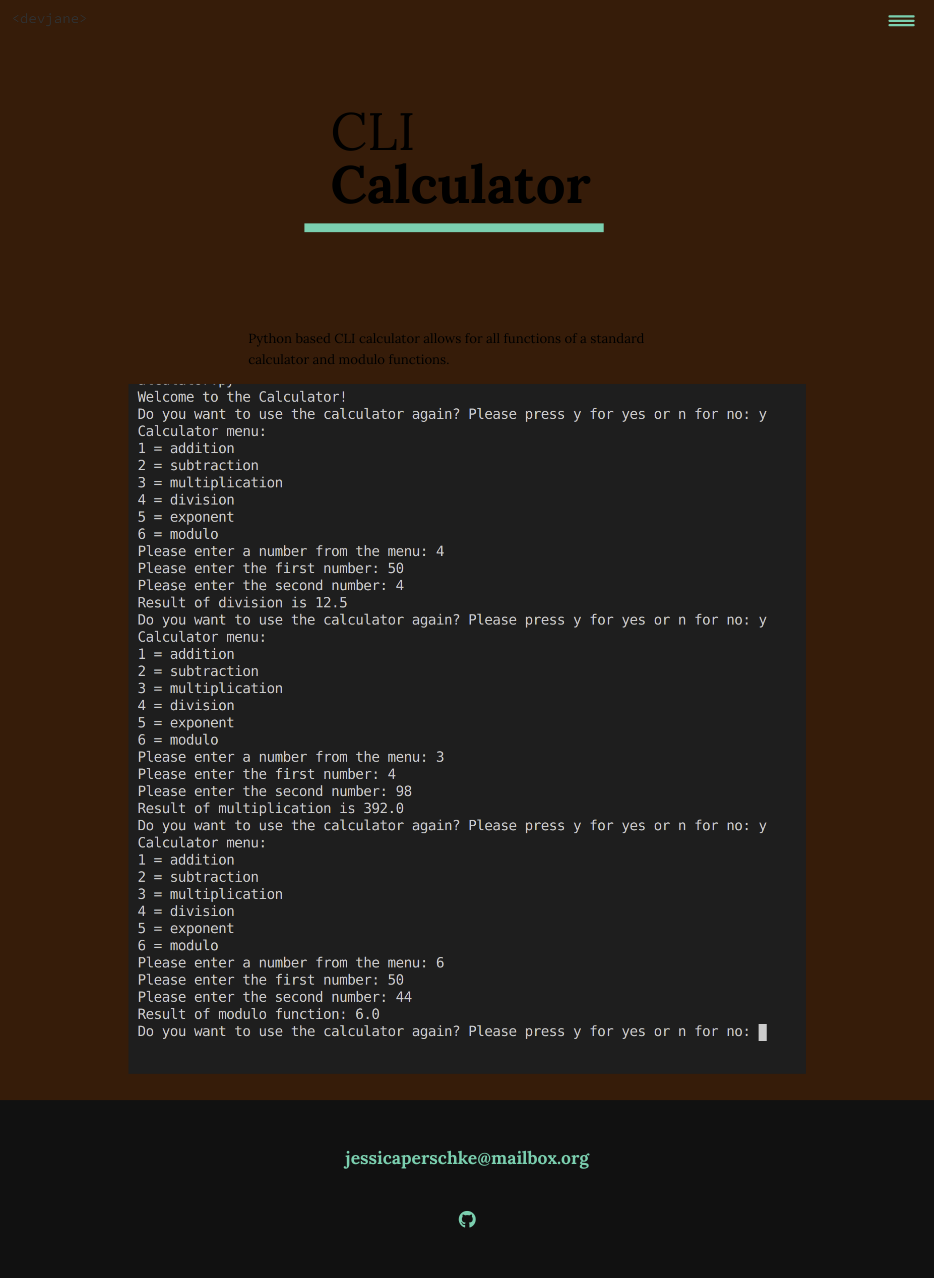
Repository: DinoDime/site
Page: portfolio-item3.html
These files come from the project's save history. The page is drawn as it stood at one moment and after the next save; the edit follows.
The browser window is 1280 px wide. The pictures show the whole page, at 73% of full size.
Some web libraries are served in a nearby version.

Above is the page before, as saved 2021-05-03 10:48:12.

### portfolio-item3.html
<!DOCTYPE html>
<html lang="en">
  <head>
    <link
      rel="stylesheet"
      href="https://cdnjs.cloudflare.com/ajax/libs/normalize/8.0.1/normalize.css"
    />
    <meta charset="UTF-8" />
    <meta name="viewport" content="width=device-width, initial-scale=1.0" />
    <title>Jess' Portfolio</title>
    <link
      rel="stylesheet"
      href="https://cdnjs.cloudflare.com/ajax/libs/normalize/7.0.0/normalize.min.css"
    />
    <link
      rel="stylesheet"
      href="https://cdnjs.cloudflare.com/ajax/libs/font-awesome/5.11.2/css/all.css"
      integrity="sha256-46qynGAkLSFpVbEBog43gvNhfrOj+BmwXdxFgVK/Kvc="
      crossorigin="anonymous"
    />

    <!-- Update these with your own fonts -->
    <link
      href="https://fonts.googleapis.com/css?family=Lora:400,700|Roboto+Slab:400,700&display=swap"
      rel="stylesheet"
    />

    <link rel="stylesheet" href="css/style.css" />
  </head>
  <body>
    <header>
      <div class="logo">
        <img src="img/devjane.png" alt="" />
      </div>
      <!--Hamburger button-->
      <button class="nav-toggle" aria-label="toggle navigation">
        <span class="hamburger"></span>
      </button>
      <nav class="nav">
        <ul class="nav__list">
          <li class="nav__item">
            <a href="index.html" class="nav__link">Home</a>
          </li>
          <li class="nav__item">
            <a href="index.html#Skills" class="nav__link">Skills</a>
          </li>
          <li class="nav__item">
            <a href="index.html#about" class="nav__link">About me</a>
          </li>
          <li class="nav__item">
            <a href="index.html#work" class="nav__link">My Work</a>
          </li>
        </ul>
      </nav>
    </header>

    <section class="intro">
      <h1 class="section__title section__title--intro">
        CLI <strong>Calculator</strong>
      </h1>
      <p class="section__subtitle section__subtitle--intro"></p>
    </section>

    <div class="portfolio-item-individual">
      <p>
        Python based CLI calculator allows for all functions of a standard
        calculator and modulo functions.
      </p>
      <img src="img/calc.png" alt="" />
    </div>

    <!-- Footer -->
    <footer class="footer">
      <!-- replace with your own email address -->
      <a href="mailto:jessicaperschke@mailbox.org" class="footer__link"
        >jessicaperschke@mailbox.org</a
      >
      <ul class="social-list">
        <li class="social-list__item">
          <a class="social-list__link" href="https://github.com/jl-perschke">
            <i class="fab fa-github"></i>
          </a>
        </li>
      </ul>
    </footer>

    <script src="js/index.js"></script>
  </body>
</html>

### css/style.css
*,
*::before,
*::after {
  box-sizing: border-box;
}

/* Custom Properties, update these for your own design */

:root {
  --ff-primary: "Lora", serif;
  --ff-secondary: "Roboto Slab", serif;

  --fw-reg: 400;
  --fw-bold: 700;

  --clr-light: rgb(54, 28, 9);
  --clr-dark: black;
  --clr-accent: rgb(123, 207, 175);

  --fs-h1: 3rem;
  --fs-h2: 2.25rem;
  --fs-h3: 1.25rem;
  --fs-body: 1rem;

  --bs: 0.25em 0.25em 0.75em rgba(0, 0, 0, 0.25),
    0.125em 0.125em 0.25em rgba(0, 0, 0, 0.15);
}

@media (min-width: 800px) {
  :root {
    --fs-h1: 4.5rem;
    --fs-h2: 3.75rem;
    --fs-h3: 1.5rem;
    --fs-body: 1.125rem;
  }
}

/* General styles */

/* endable this to add smooth scrolling */
/* html {
    scroll-behavior: smooth;
} */

body {
  background: var(--clr-light);
  color: var(--clr-dark);
  margin: 0;
  font-family: var(--ff-primary);
  font-size: var(--fs-body);
  line-height: 1.6;
}

section {
  padding: 5em 2em;
}

img {
  display: block;
  max-width: 100%;
}

strong {
  font-weight: var(--fw-bold);
}

:focus {
  outline: 3px solid var(--clr-accent);
  outline-offset: 3px;
}

/* Buttons */

.btn {
  display: inline-block;
  padding: 0.5em 2.5em;
  background: var(--clr-accent);
  color: var(--clr-dark);
  text-decoration: none;
  cursor: pointer;
  font-size: 0.8rem;
  text-transform: uppercase;
  letter-spacing: 2px;
  font-weight: var(--fw-bold);
  transition: transform 200ms ease-in-out;
}

.btn:hover {
  transform: scale(1.1);
}

/* Typography */

h1,
h2,
h3 {
  line-height: 1;
  margin: 0;
}

h1 {
  font-size: var(--fs-h1);
}
h2 {
  font-size: var(--fs-h2);
}
h3 {
  font-size: var(--fs-h3);
}

.section__title {
  margin-bottom: 0.25em;
}

.section__title--intro {
  font-weight: var(--fw-reg);
}

.section__title--intro strong {
  display: block;
}

.section__subtitle {
  margin: 0;
  font-size: var(--fs-h3);
}

.section__subtitle--intro,
.section__subtitle--about {
  background: var(--clr-accent);
  padding: 0.25em 1em;
  font-family: var(--ff-secondary);
  margin-bottom: 1em;
}

.section__subtitle--work {
  color: var(--clr-accent);
  font-weight: var(--fw-bold);
  margin-bottom: 2em;
}

/* header */

header {
  display: flex;
  justify-content: space-between;
  padding: 1em;
}

.logo {
  max-width: 100px;
}

.nav {
  position: fixed;
  background: var(--clr-dark);
  color: var(--clr-light);
  top: 0;
  bottom: 0;
  left: 0;
  right: 0;
  z-index: 100;

  transform: translateX(100%);
  transition: transform 250ms cubic-bezier(0.5, 0, 0.5, 1);
}

.nav__list {
  list-style: none;
  display: flex;
  height: 100%;
  flex-direction: column;
  justify-content: space-evenly;
  align-items: center;
  margin: 0;
  padding: 0;
}

.nav__link {
  color: inherit;
  font-weight: var(--fw-bold);
  font-size: var(--fs-h2);
  text-decoration: none;
}

.nav__link:hover {
  color: var(--clr-accent);
}

.nav-toggle {
  padding: 0.5em;
  background: transparent;
  border: 0;
  cursor: pointer;
  position: absolute;
  right: 1em;
  top: 1em;
  z-index: 1000;
}

.nav-open .nav {
  transform: translateX(0);
}

.nav-open .nav-toggle {
  position: fixed;
}

.nav-open .hamburger {
  transform: rotate(0.625turn);
}

.nav-open .hamburger::before {
  transform: rotate(90deg) translateX(-6px);
}

.nav-open .hamburger::after {
  opacity: 0;
}

.hamburger {
  display: block;
  position: relative;
}

.hamburger,
.hamburger::before,
.hamburger::after {
  background: var(--clr-accent);
  width: 2em;
  height: 3px;
  border-radius: 1em;
  transition: transform 250ms ease-in-out;
}

.hamburger::before,
.hamburger::after {
  content: "";
  position: absolute;
  left: 0;
  right: 0;
}

.hamburger::before {
  top: 6px;
}
.hamburger::after {
  bottom: 6px;
}

/*  Intro section  */

.intro {
  position: relative;
}

.intro__img {
  box-shadow: var(--bs);
}

.section__subtitle--intro {
  display: inline-block;
}

@media (min-width: 600px) {
  .intro {
    display: grid;
    width: min-content;
    margin: 0 auto;
    grid-column-gap: 1em;
    grid-template-areas:
      "img title"
      "img subtitle";
    grid-template-columns: min-content max-content;
  }

  .intro__img {
    grid-area: img;
    min-width: 250px;
    position: relative;
    z-index: 2;
  }

  .section__subtitle--intro {
    align-self: start;
    grid-column: -1 / 1;
    grid-row: 2;
    text-align: right;
    position: relative;
    left: -1.5em;
    width: calc(100% + 1.5em);
  }
}

/*  My services section  */

.my-services {
  background-color: var(--clr-dark);
  background-image: url(../img/services-bg.jpg);
  background-size: cover;
  /* background-blend-mode: multiply; */
  color: var(--clr-light);
  text-align: center;
}

.section__title--services {
  color: var(--clr-accent);
  position: relative;
}

.section__title--services::after {
  content: "";
  display: block;
  width: 2em;
  height: 1px;
  margin: 0.5em auto 1em;
  background: var(--clr-light);
  opacity: 0.25;
}

.services {
  margin-bottom: 4em;
}

.service {
  max-width: 500px;
  margin: 0 auto;
}

@media (min-width: 800px) {
  .services {
    display: flex;
    max-width: 1000px;
    margin-left: auto;
    margin-right: auto;
  }

  .service + .service {
    margin-left: 2em;
  }
}

.about-me {
  max-width: 1000px;
  margin: 0 auto;
}

.about-me__img {
  box-shadow: var(--bs);
}

@media (min-width: 600px) {
  .about-me {
    display: grid;
    grid-template-columns: 1fr 200px;
    grid-template-areas:
      "title img"
      "subtitle img"
      "text img";
    grid-column-gap: 2em;
  }

  .section__title--about {
    grid-area: title;
  }

  .section__subtitle--about {
    grid-column: 1 / -1;
    grid-row: 2;
    position: relative;
    left: -1em;
    width: calc(100% + 2em);
    padding-left: 1em;
    padding-right: calc(200px + 4em);
  }

  .about-me__img {
    grid-area: img;
    position: relative;
    z-index: 2;
  }
}

/* My Work */

.my-work {
  background-color: var(--clr-dark);
  color: var(--clr-light);
  text-align: center;
}

.portfolio {
  display: grid;
  grid-template-columns: repeat(auto-fit, minmax(300px, 1fr));
}

.portfolio__item {
  background: var(--clr-accent);
  overflow: hidden;
}

.portfolio__img {
  transition: transform 750ms cubic-bezier(0.5, 0, 0.5, 1), opacity 250ms linear;
}

.portfolio__item:focus {
  position: relative;
  z-index: 2;
}

.portfolio__img:hover,
.portfolio__item:focus .portfolio__img {
  transform: scale(1.2);
  opacity: 0.5;
}

/* footer */

.footer {
  background: #111;
  color: var(--clr-accent);
  text-align: center;
  padding: 2.5em 0;
  font-size: var(--fs-h3);
}

.footer a {
  color: inherit;
  text-decoration: none;
}

.footer__link {
  font-weight: var(--fw-bold);
}

.footer__link:hover,
.social-list__link:hover {
  opacity: 0.7;
}

.footer__link:hover {
  text-decoration: underline;
}

.social-list {
  list-style: none;
  display: flex;
  justify-content: center;
  margin: 2em 0 0;
  padding: 0;
}

.social-list__item {
  margin: 0 0.5em;
}

.social-list__link {
  padding: 0.5em;
}

/* Individual portfolio item styles */

.portfolio-item-individual {
  padding: 0 2em 2em;
  max-width: 1000px;
  margin: 0 auto;
}

.portfolio-item-individual p {
  max-width: 600px;
  margin-left: auto;
  margin-right: auto;
}

Loaded but not shown: js/index.js (common file)

After the next save:
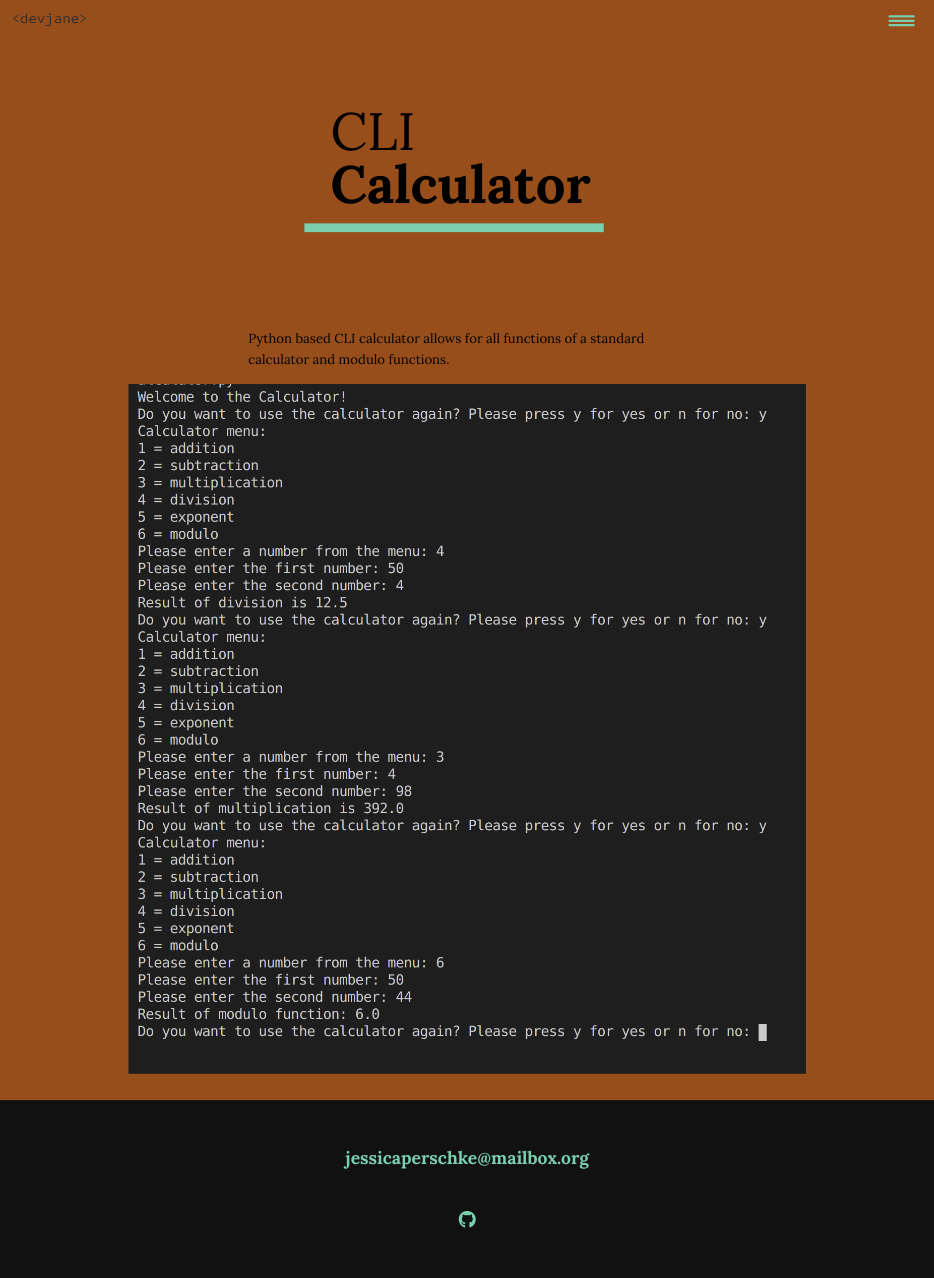
Saved 29 s later.
--- a/css/style.css
+++ b/css/style.css
@@ -13,7 +13,7 @@
   --fw-reg: 400;
   --fw-bold: 700;
 
-  --clr-light: rgb(54, 28, 9);
+  --clr-light: rgb(151, 78, 26);
   --clr-dark: black;
   --clr-accent: rgb(123, 207, 175);
 
